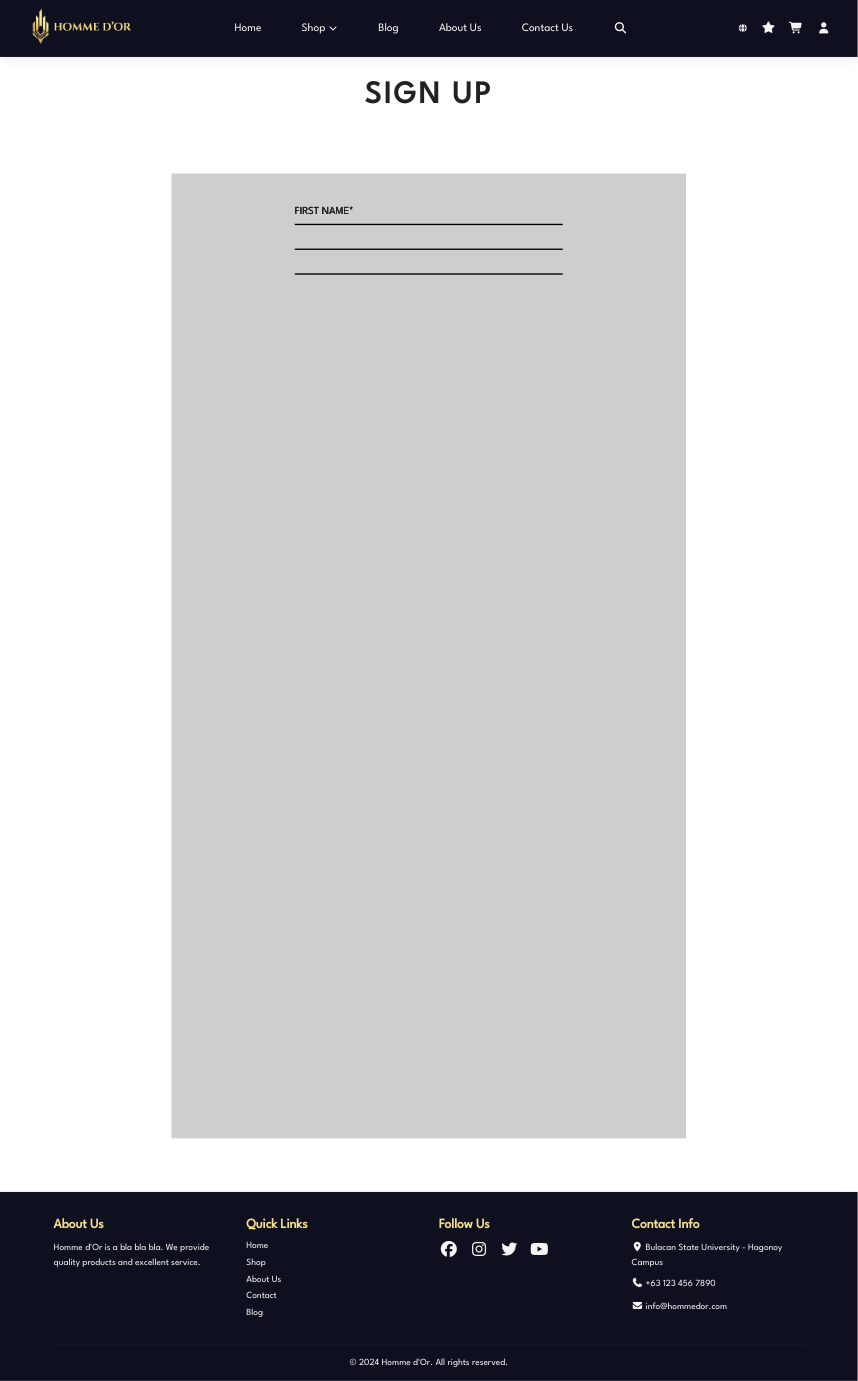
Repository: Izy-Blinken/Homme-d-Or
Page: http://localhost/Homme_dor/pages/signup.php?country=ph
These files come from the project's save history. The page is drawn as it stood at one moment and after the next save; the edit follows.
The browser window is 1280 px wide. The pictures show the whole page, at 67% of full size.
The page is run by PHP 8.4 with error messages shown; the project is at /var/www/html/.

Above is the page before, as saved 2026-01-24 20:02:46.

After the next save:
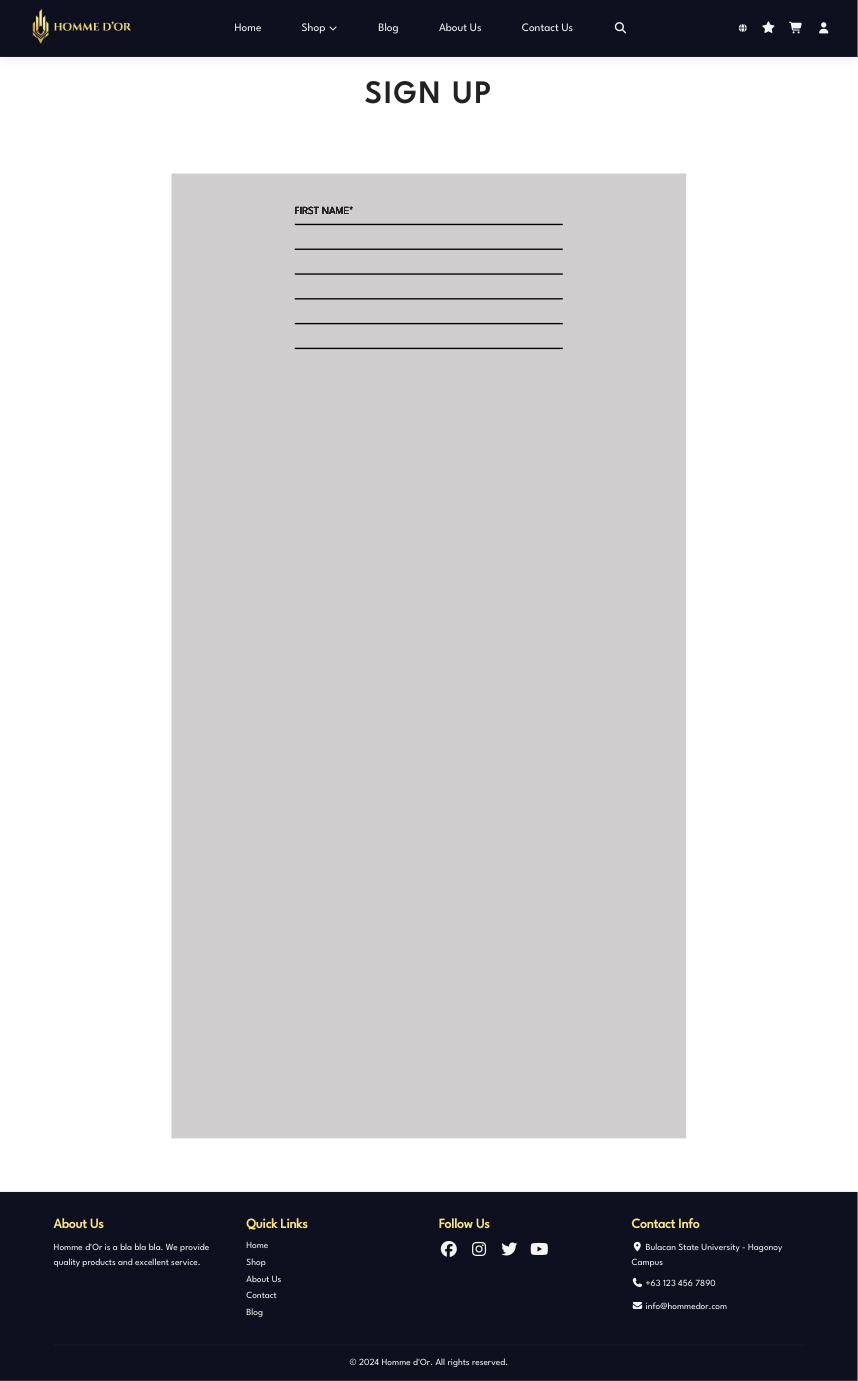
Saved 18 s later.
--- a/pages/signup.php
+++ b/pages/signup.php
@@ -28,6 +28,16 @@
                     <input type="text" required>
                     <label>FIRST NAME*</label>
 
+                    <input type="text" required>
+                    <label>FIRST NAME*</label>
+
+                    <input type="text" required>
+                    <label>FIRST NAME*</label>
+
+                    <input type="text" required>
+                    <label>FIRST NAME*</label>
+
+
                 </div>
 
 
